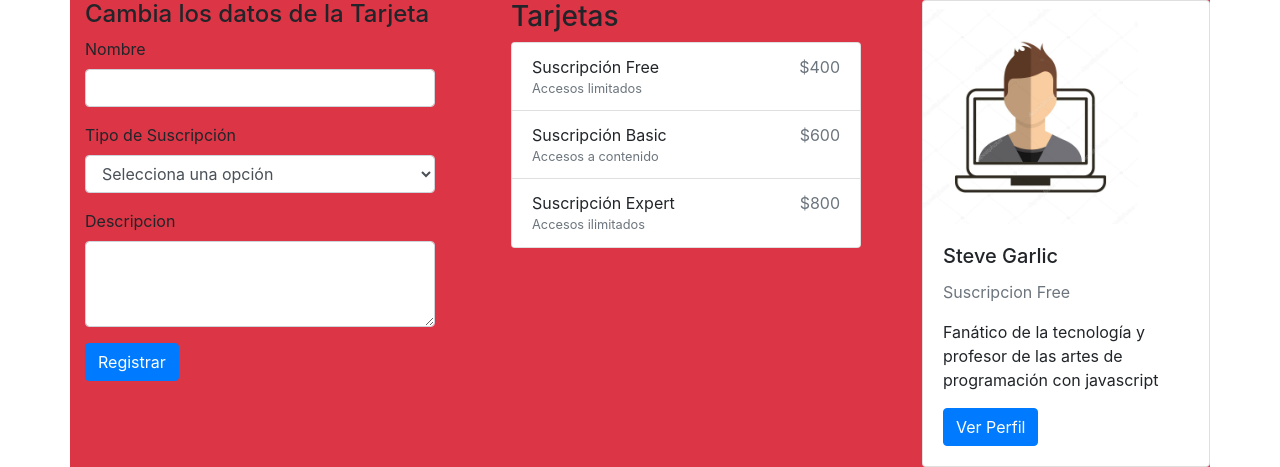
Repository: pedro-donoso/manipulacion-dom
Page: index.html
The author's editor kept a copy of each file at every save. The page is drawn from the files as they stood at one save, then again after a run of saves.
The browser window is 1280 px wide. The pictures show the part of the page from y = 602 to 1069 px (the page is 1069 px tall).

Above is the page before, as saved 2024-02-06 14:34:36.

### index.html
<!doctype html>
<html lang="es">

<head>
    <!-- Required meta tags -->
    <meta charset="utf-8">
    <meta name="viewport" content="width=device-width, initial-scale=1, shrink-to-fit=no">

    <!-- Bootstrap CSS -->
    <link rel="stylesheet" href="https://cdn.jsdelivr.net/npm/bootstrap@4.3.1/dist/css/bootstrap.min.css"
        integrity="sha384-ggOyR0iXCbMQv3Xipma34MD+dH/1fQ784/j6cY/iJTQUOhcWr7x9JvoRxT2MZw1T" crossorigin="anonymous">

    <title>Manipulación del DOM</title>
</head>

<body>

    <main class="container">

        <!-- 1- AGREGO CLASE container PARA MANIPULAR ESTE PÁRRAFO -->
        <div class="row mt-5 text-center justify-content-between" id="contenedor">
            <div class="col-4 col-md-4">
                <h2>Manipulación del DOM</h2>
                <p class="text-center">
                    El DOM es una API definida para representar e interactuar con cualquier documento HTML.
                    El DOM es un modelo de documento que se carga en el navegador web y que representa el documento como
                    un árbol de
                    nodos, en donde cada nodo representa una parte del documento (puede tratarse de un elemento, una
                    cadena de texto o un comentario)
                </p>
            </div>
        </div>
        <div class="row justify-content-between bg-danger">
            <div class="col-4 col-md-4">
                <h4>Cambia los datos de la Tarjeta</h4>
                <!-- 15- AGREGO id PARA ESCUCHAR EVENTO CLICK -->
                <form id="formulario">
                    <!-- 21- AGREGO ID DE CADA CAMPO -->
                    <label>Nombre</label>
                    <input type="text" class="form-control mb-3" id="nombre">
                    <label>Tipo de Suscripción</label>
                    <select id="suscripcion" class="form-control mb-3">
                        <option disabled selected>Selecciona una opción</option>
                        <option value="Suscripción Free">Suscripción Free</option>
                        <option value="Suscripción Basic">Suscripcion Basic</option>
                        <option value="Suscripción Expert">Suscripcion Expert</option>
                    </select>
                    <label>Descripcion</label>
                    <textarea rows="3" class="form-control mb-3" id="descripcion"></textarea>
                    <div>
                        <button class="btn btn-primary mb-3">Registrar</button>
                    </div>
                </form>
            </div>
            <div class="col-4 col-md-4">
                <h3>Tarjetas</h3>
                <div class="card">
                    <ul class="list-group list-group-flush">
                        <li class="list-group-item d-flex justify-content-between">
                            <div class="d-flex flex-column">
                                <span>Suscripción Free</span>
                                <small class="text-muted">Accesos limitados</small>
                            </div>
                            <div>
                                <span class="text-muted">$400</span>
                            </div>
                        </li>
                        <li class="list-group-item d-flex justify-content-between">
                            <div class="d-flex flex-column">
                                <span>Suscripción Basic</span>
                                <small class="text-muted">Accesos a contenido</small>
                            </div>
                            <div>
                                <span class="text-muted">$600</span>
                            </div>
                        </li>
                        <li class="list-group-item d-flex justify-content-between">
                            <div class="d-flex flex-column">
                                <span>Suscripción Expert</span>
                                <small class="text-muted">Accesos ilimitados</small>
                            </div>
                            <div>
                                <span class="text-muted">$800</span>
                            </div>
                        </li>
                    </ul>
                </div>
            </div>

            <!-- 8- AGREGO CARD -->
            <!-- 13- AGREGO ID PARA CAPTURAR CONTENEDOR -->
            <div class="row" id="contenedor_tarjeta">

            </div>

        </div>

    </main>

    <!-- Optional JavaScript -->
    <!-- jQuery first, then Popper.js, then Bootstrap JS -->
    <script src="https://code.jquery.com/jquery-3.3.1.slim.min.js"
        integrity="sha384-q8i/X+965DzO0rT7abK41JStQIAqVgRVzpbzo5smXKp4YfRvH+8abtTE1Pi6jizo"
        crossorigin="anonymous"></script>
    <script src="https://cdn.jsdelivr.net/npm/popper.js@1.14.7/dist/umd/popper.min.js"
        integrity="sha384-UO2eT0CpHqdSJQ6hJty5KVphtPhzWj9WO1clHTMGa3JDZwrnQq4sF86dIHNDz0W1"
        crossorigin="anonymous"></script>
    <script src="https://cdn.jsdelivr.net/npm/bootstrap@4.3.1/dist/js/bootstrap.min.js"
        integrity="sha384-JjSmVgyd0p3pXB1rRibZUAYoIIy6OrQ6VrjIEaFf/nJGzIxFDsf4x0xIM+B07jRM"
        crossorigin="anonymous"></script>

    <script src="./app.js"></script>
</body>

</html>

### app.js
// 2- CREO VARIABLE PARA MANIPULAR HTML
let contenedor = document.querySelector("#contenedor");

// 3- CREAR ELEMENTO SUBTITULO Y LE AGREGO PROPIEDADES
let subtitulo = document.createElement("h4");
subtitulo.innerText = "Árbol de nodos \n (enviado desde JavaScript)";

// 4- OBTENER EL CUERPO DEL DOCUMENTO
let body = document.body;

// 5- AGREGAR EL NUEVO ELEMENTO AL CUERPO DEL DOCUMENTO
body.appendChild(subtitulo);

// 6- AGREGO IMAGEN
let imagen = document.createElement("img");
imagen.src =
  "https://www.freecodecamp.org/news/content/images/2021/09/Document.jpg";
imagen.width = "450";
imagen.height = "300";
imagen.alt = "árbol de nodos";

// 7- AGREGO ELEMENTOS AL CONTENEDOR
contenedor.append(subtitulo, imagen);

// 13- AGREGO CONSTRUCTOR
const autor = {
  nombre: "Steve Garlic",
  suscripcion: "Suscripcion Free",
  descripcion:
    "Fanático de la tecnología y profesor de las artes de programación con javascript",
  imagen: "./img/icono.jpg"
};

// 19- Agrego const crearTarjeta y agrego todas las funciones del código
const crearTarjeta = () => {
  // 25- CREO DOCUMENTO VACIO
  document.querySelector("#contenedor_tarjeta").innerHTML = "";

  // 9- CREO ESTRUCTURA DEL CODIGO
  let columnaTarjeta = document.createElement("div");
  columnaTarjeta.className = "col";

  // 10- CREO TEMPLATE STRING DEL CONTENIDO DE LA TARJETA AUTOR
  // 14- AGREGO DATOS DEL CONSTRUCTOR (13)
  // 17- CREO EVENTO onclick
  // 19- LLAMAR A eventoClick CON event
  let tarjetaAutor = ` <div class="card" style="width: 18rem;">
        <img class="card-img-top pt-2 w-75" src="${autor.imagen}" alt="Card image cap">
        <div class="card-body">
            <h5 class="card-title">${autor.nombre}</h5>
             <p class="text-muted">${autor.suscripcion}</p>
            <p class="card-text">${autor.descripcion}</p>

            <button class="btn btn-primary" onclick="eventoClick(event)">Ver Perfil</button>
        </div>
    </div>`;

  // 11- AGREGO TEMPLATE STRING A columnaTarjeta (HIJO)
  columnaTarjeta.innerHTML = tarjetaAutor;

  // 12- AGREGO columnaTarjeta AL CONTENEDOR (PADRE) MEDIANTE LA SELECCIÓN DEL ID #contenedor_tarjeta
  document.querySelector("#contenedor_tarjeta").append(columnaTarjeta);
};

// 16- Creo constante modificarAutor para agregarla al form en index.html, la función recibirá un evento
  const modificarAutor= (event) => {
    console.log(event);
    event.preventDefault();

    // 22- CAPTURO CAMPOS DEL FORMULARIO
    let nombre = document.querySelector("#nombre").value;
    let suscripcion = document.querySelector("#suscripcion").value;
     let descripcion = document.querySelector("#descripcion").value;

    // 23- LLAMO A LA CONSTANTE AUTOR
    autor.nombre = nombre;
    autor.suscripcion = suscripcion;
    autor.descripcion = descripcion;

    // 24- SE VUELVE A CREAR LA TARJETA CON LOS NUEVOS DATOS
    crearTarjeta();
  };


// 18- CAPTURO EVENTO CLIC DEL BOTON EN EL form MEDIANTE EL ID formulario
document.getElementById("formulario").addEventListener("submit",modificarAutor);

// 20- LLAMO A LA FUNCIÓN
crearTarjeta();

After the next 2 saves:
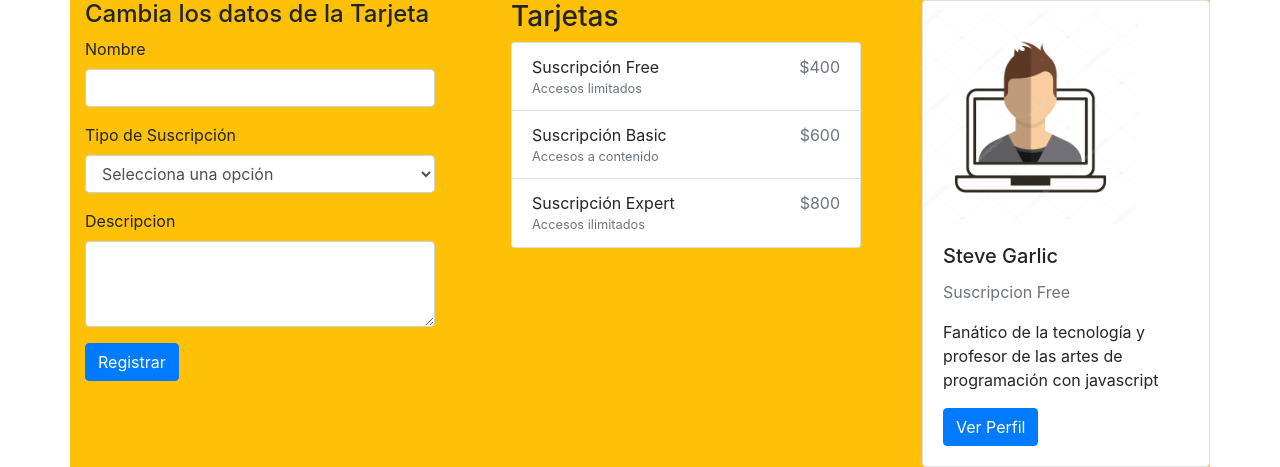
The 2 saves are shown as one change because they came seconds apart.
The last was saved 15 s later.
--- a/index.html
+++ b/index.html
@@ -30,7 +30,7 @@
                 </p>
             </div>
         </div>
-        <div class="row justify-content-between bg-danger">
+        <div class="row justify-content-between bg-warning">
             <div class="col-4 col-md-4">
                 <h4>Cambia los datos de la Tarjeta</h4>
                 <!-- 15- AGREGO id PARA ESCUCHAR EVENTO CLICK -->
